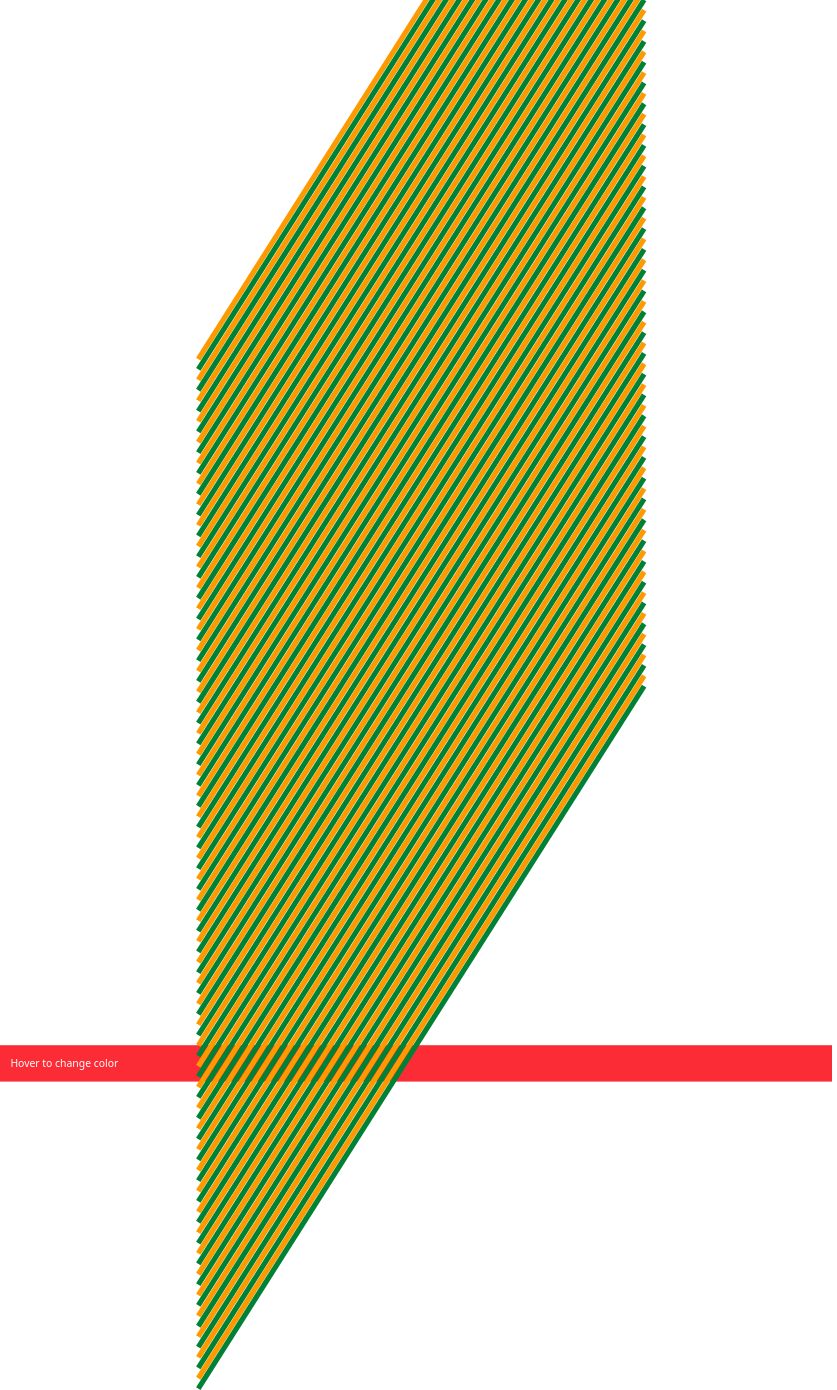
Repository: rahulhr71/AiExam
Page: / (app in teacher/)
The author's editor kept a copy of each file at every save. The page is drawn from the files as they stood at one save, then again after the next save.
The browser window is 1280 px wide. The page is 1280 px wide, then 1288 px, so the pictures cover 1288 px, including what lies to the right of the window. The pictures show the whole page, at 65% of full size.
The project was rebuilt for these pictures with package versions that can differ from the ones it lists, and the page was loaded fresh each time. Also part of the build but not shown: teacher/vite.config.js.

Above is the page before, as saved 2025-07-31 22:35:18.

After the next save:
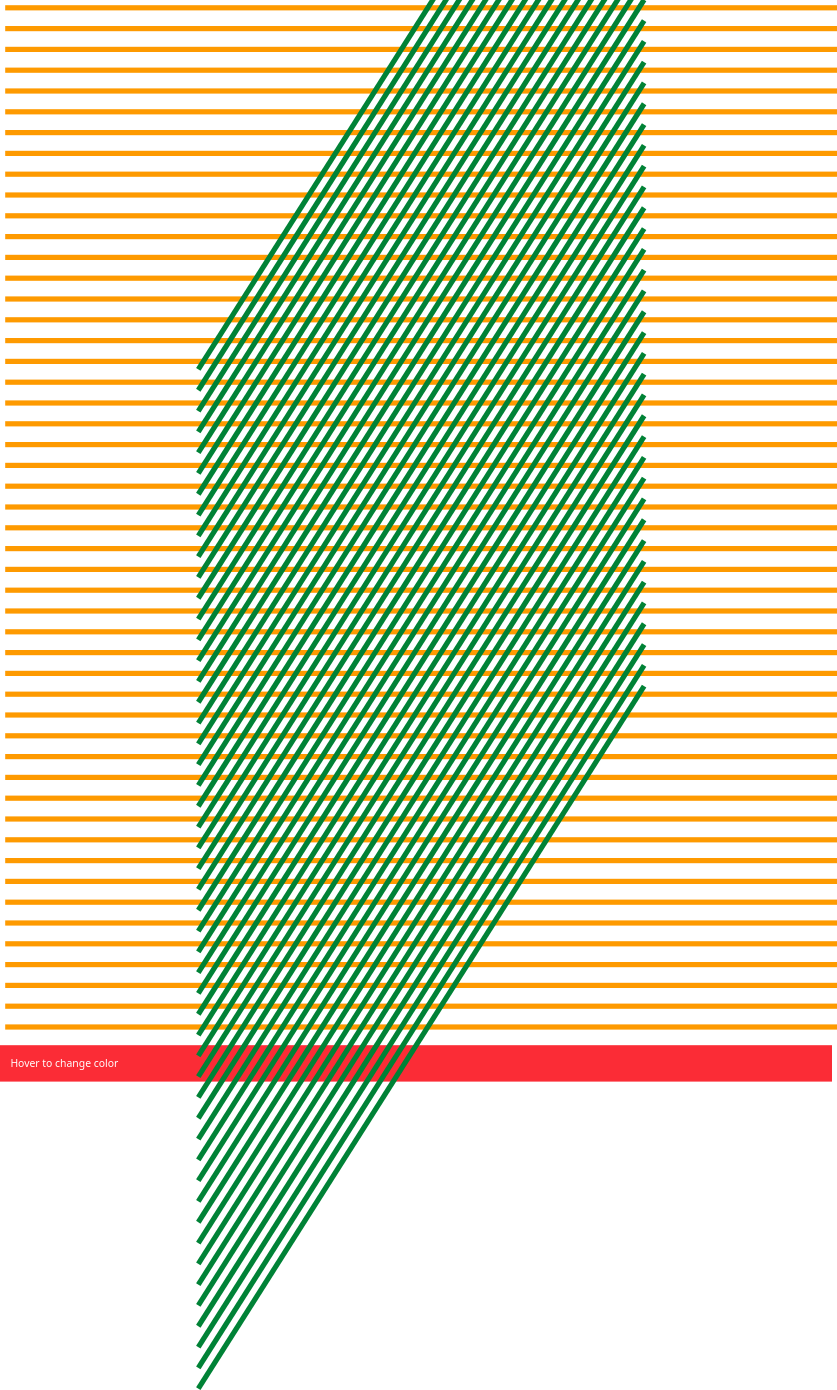
Saved 16 s later.
--- a/teacher/src/App.jsx
+++ b/teacher/src/App.jsx
@@ -12,7 +12,7 @@
     {
       counts.map((i,index)=>{
         return(
-          index%2==0?<div key={i} className='w-full m-2 h-2 duration-500 animate-spin bg-amber-500'></div>:<div key={i} className='w-full h-2 m-2  animate-spin duration-500    bg-green-700'></div>
+          index%2==0?<div key={i} className='w-full m-2 h-2 duration-500  bg-amber-500'></div>:<div key={i} className='w-full h-2 m-2  animate-spin duration-500    bg-green-700'></div>
 
         )
 
